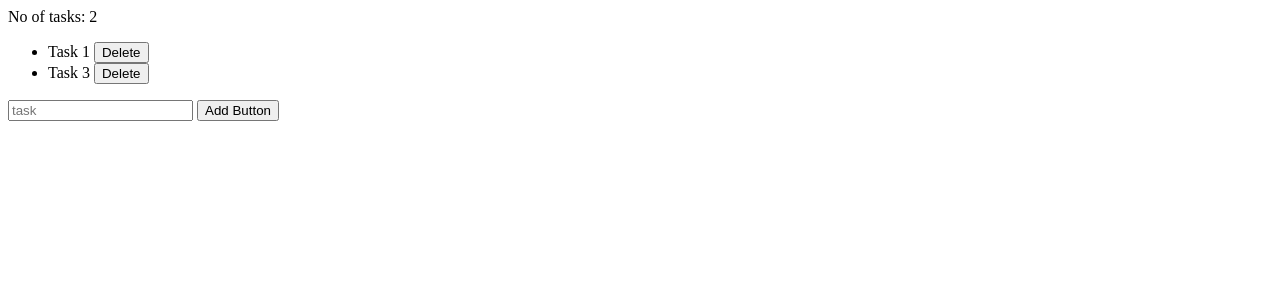
Repository: narendraiitm/jan-2023-term-live-session
Page: todo-vue/index.html
These files come from the project's save history. The page is drawn as it stood at one moment and after the next save; the edit follows.
The browser window is 1280 px wide. The pictures show the whole page.

Above is the page before, as saved 2023-02-16 16:49:54.

### todo-vue/index.html
<!DOCTYPE html>
<html lang="en">
  <head>
    <meta charset="UTF-8" />
    <meta http-equiv="X-UA-Compatible" content="IE=edge" />
    <meta name="viewport" content="width=device-width, initial-scale=1.0" />
    <title>Document</title>
  </head>
  <body>
    <div id="app"></div>
    <script src="https://cdn.jsdelivr.net/npm/vue@2/dist/vue.js"></script>
    <script src="./app.js"></script>
  </body>
</html>

### todo-vue/app.js
new Vue({
  // options object
  el: '#app',
  template: `<div>
  <div> No of tasks: {{noOfTasks}} </div>
  <ul>
    <li v-for='(task, index) in tasks'>
        <span>{{task.name}}</span>
        <button @click='deleteTask(index)'> Delete</button>
    </li>
  </ul>
  <input placeholder='task' v-model='currentTask' />
  <button @click='addTask()'> Add Button </button>
  </div>`,
  data: {
    currentTask: null,
    tasks: [{ name: 'Task 1' }, { name: 'Task 3' }],
  },
  methods: {
    addTask() {
      this.tasks.push({ name: this.currentTask })
    },
    deleteTask(index) {
      this.tasks.splice(index, 1)
    },
  },
  computed: {
    noOfTasks() {
      return this.tasks.length
    },
  },
  watch: {
    currentTask(newVal, oldVal) {
      if (newVal.length > 5) {
        alert('Length of the task cannot be more then 5')
      }
    },
  },
})

After the next save:
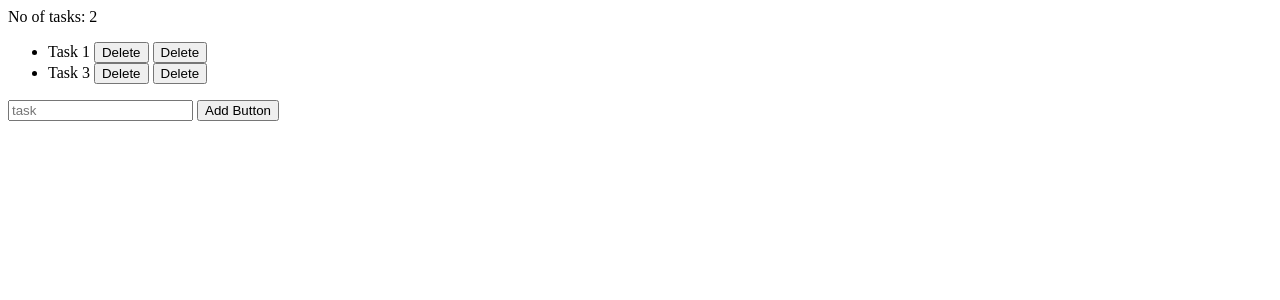
Saved 2 min 56 s later.
--- a/todo-vue/app.js
+++ b/todo-vue/app.js
@@ -7,6 +7,7 @@ new Vue({
     <li v-for='(task, index) in tasks'>
         <span>{{task.name}}</span>
         <button @click='deleteTask(index)'> Delete</button>
+        <button > Delete</button>
     </li>
   </ul>
   <input placeholder='task' v-model='currentTask' />
@@ -15,6 +16,7 @@ new Vue({
   data: {
     currentTask: null,
     tasks: [{ name: 'Task 1' }, { name: 'Task 3' }],
+    isComplete: false,
   },
   methods: {
     addTask() {
